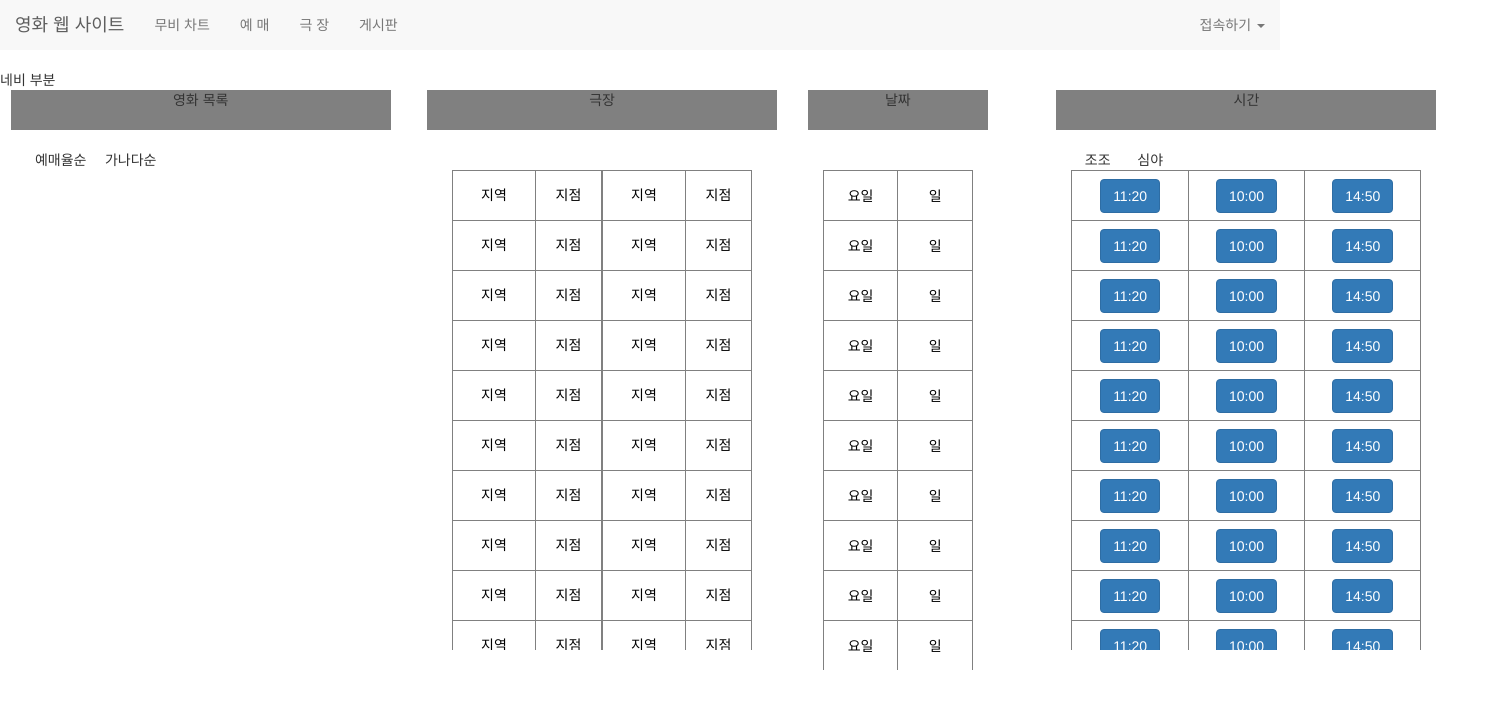
Repository: Gotaemin/java
Page: http://localhost/BBS/movieReserve.jsp
These files come from the project's save history. The page is drawn as it stood at one moment and after the next save; the edit follows.
The browser window is 1280 px wide. The page is 1500 px wide, so the pictures cover 1500 px, including what lies to the right of the window. The pictures show the whole page.
Some web libraries are served in a nearby version. The page is served by Tomcat 9. The template is opened directly, without the code that normally fills it, so the values that code supplies are empty.

Above is the page before, as saved 2020-03-17 05:20:18.

After the next save:
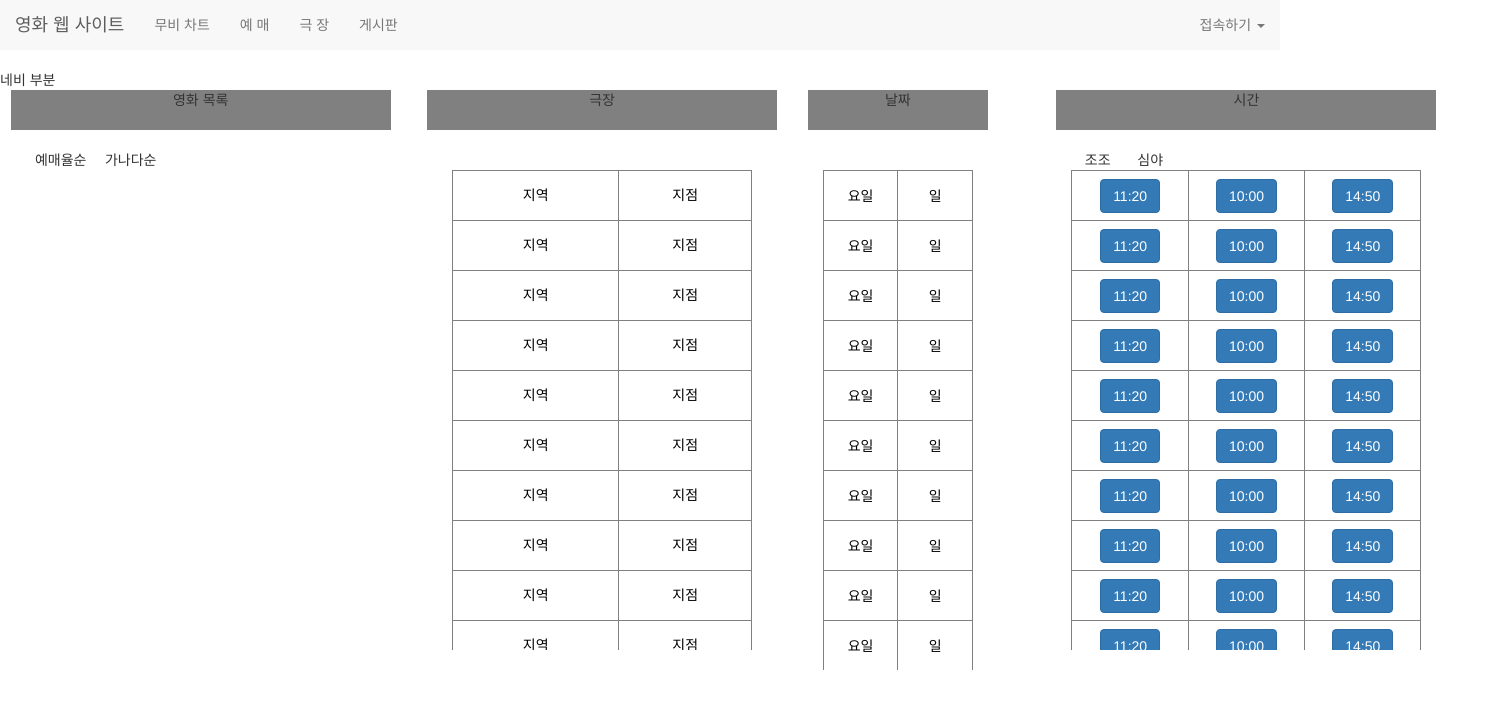
Saved 40 s later.
--- a/BBS/BBS/WebContent/movieReserve.jsp
+++ b/BBS/BBS/WebContent/movieReserve.jsp
@@ -194,9 +194,12 @@ tr{
 					<div id="movie_Threater">
 
 						<br>
-
-							<div style="display: table-cell;">
-								<table style="width: 150px;">
+						<div style="display: talbe-row;">
+							<div>
+
+
+							</div>
+							<table style="width: 300px;">
 								<colgroup>
 									<col width="50%">
 									<col width="40%">
@@ -219,35 +222,7 @@ tr{
 									%>
 								</tbody>
 							</table>
-
-							</div>
-							<div style="display: table-cell;">
-								<table style="width: 150px;">
-								<colgroup>
-									<col width="50%">
-									<col width="40%">
-
-								</colgroup>
-								<tbody id="a">
-									<tr>
-
-									</tr>
-									<%
-										for (int i = 0; i < 10; i++) {
-									%>
-									<tr>
-										<td><a href="#">지역</a></td>
-										<td><a href="#">지점</a></td>
-									</tr>
-
-									<%
-										}
-									%>
-								</tbody>
-							</table>
-
-							</div>
-
+						</div>
 					</div>
 
 				</div>
